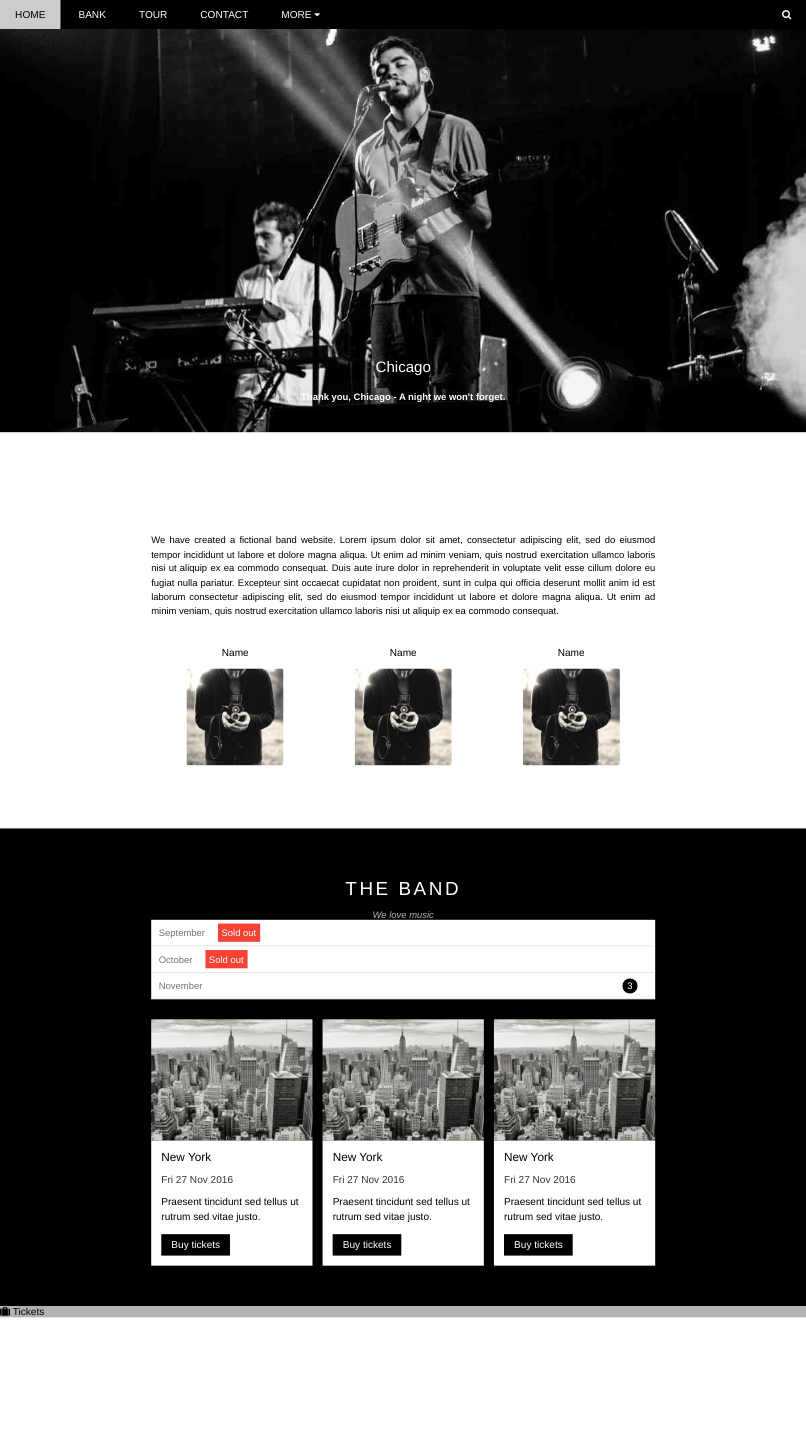
Repository: vuongtm1999/TheBand_W3School
Page: index.html
These files come from the project's save history. The page is drawn as it stood at one moment and after the next save; the edit follows.
The browser window is 1280 px wide. The pictures show the whole page, at 63% of full size.

Above is the page before, as saved 2022-08-27 12:56:58.

After the next save:
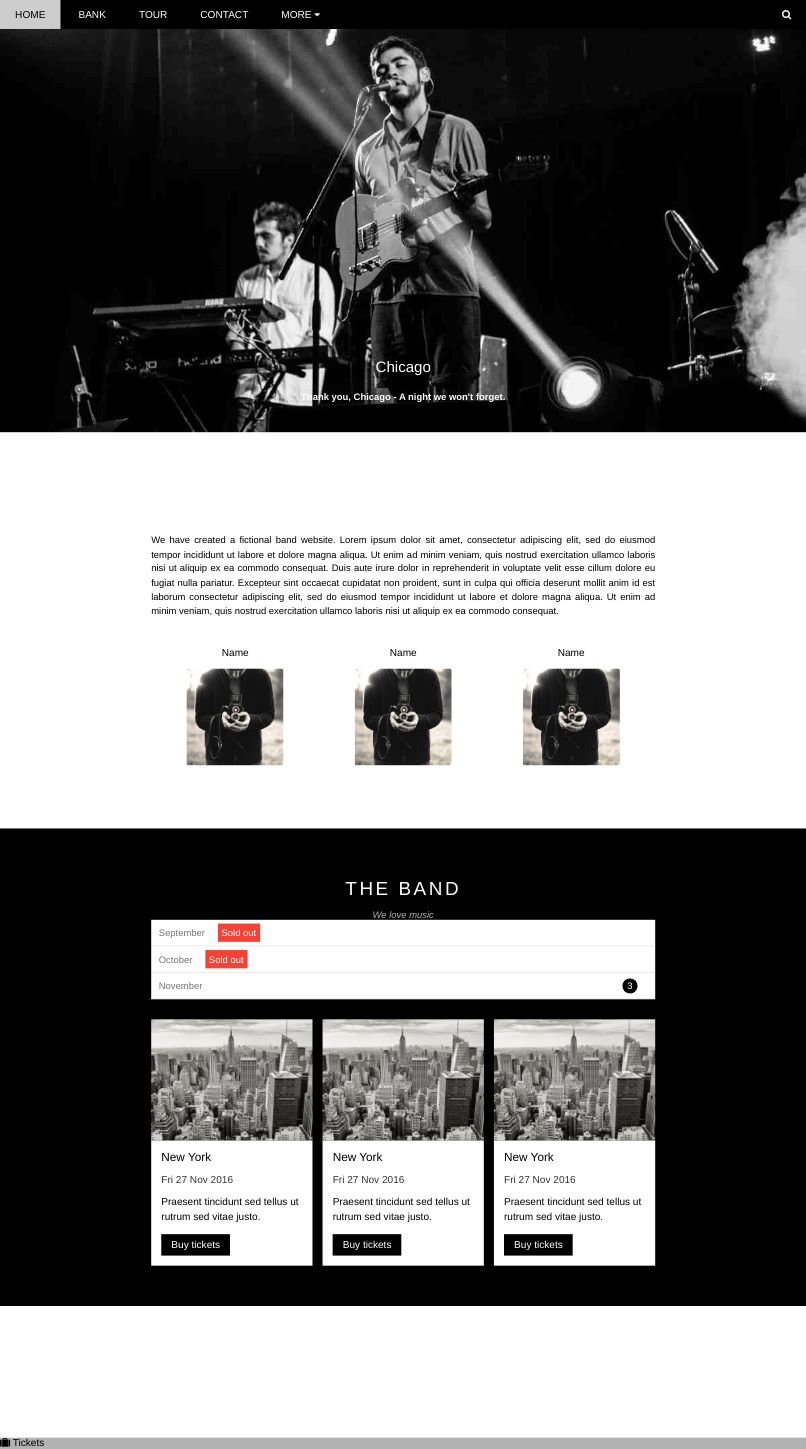
Saved 40 s later.
--- a/index.html
+++ b/index.html
@@ -125,12 +125,7 @@
                 </div>
             </div>
 
-            <!-- Modal dialog -->
-            <div id="modal">
-                <div class="modal-container">
-                    <header class="modal-header"><i class="fa fa-suitcase"></i> Tickets</header>
-                </div>
-            </div>
+
 
             <!-- CONTACT section -->
             <div class="content-section">
@@ -140,6 +135,13 @@
 
         </div>
 
+        <!-- Modal dialog -->
+        <div id="modal">
+            <div class="modal-container">
+                <header class="modal-header"><i class="fa fa-suitcase"></i> Tickets</header>
+            </div>
+        </div>
+
         <div id="footer">
 
         </div>
